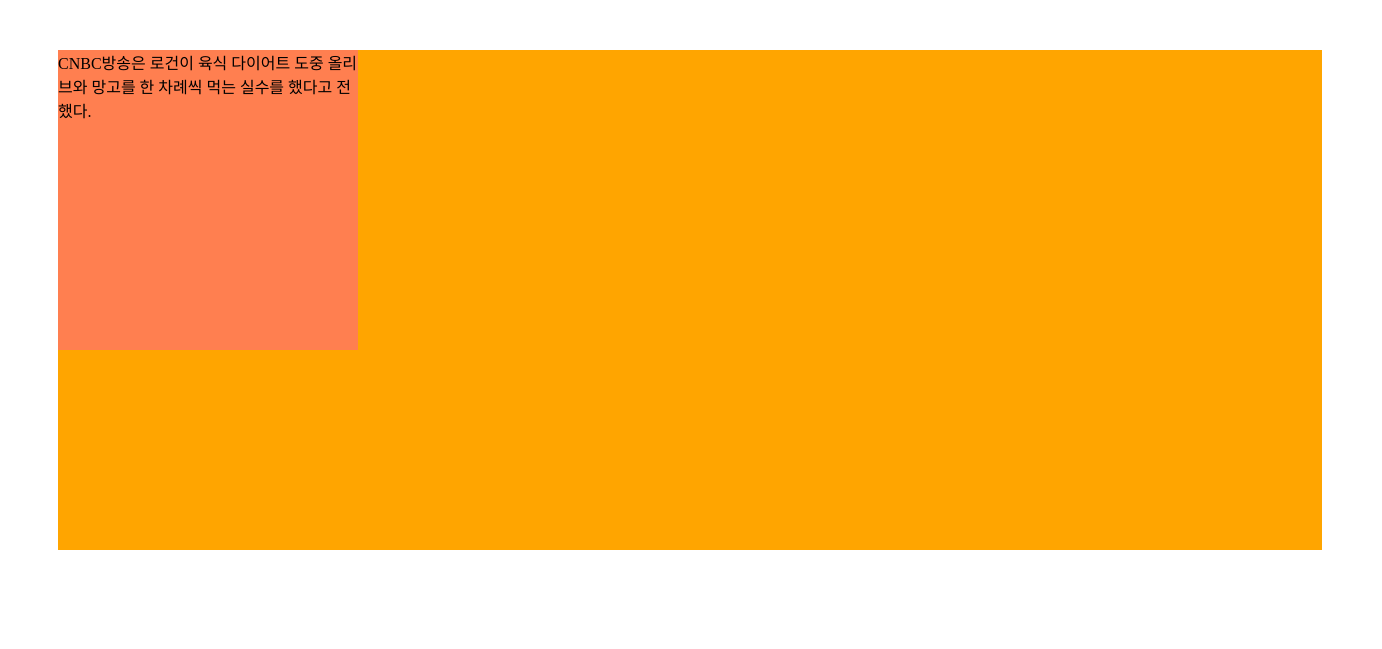
Repository: hminah0215/bitcamp
Page: http://localhost/day0217b/exam02/ex12.jsp
The author's editor kept a copy of each file at every save. The page is drawn from the files as they stood at one save, then again after the next save.
The browser window is 1280 px wide. The page is 1322 px wide, then 1382 px, so the pictures cover 1382 px, including what lies to the right of the window. The pictures show the whole page.
The page is served by Tomcat 9.

Above is the page before, as saved 2020-02-17 07:16:42.

After the next save:
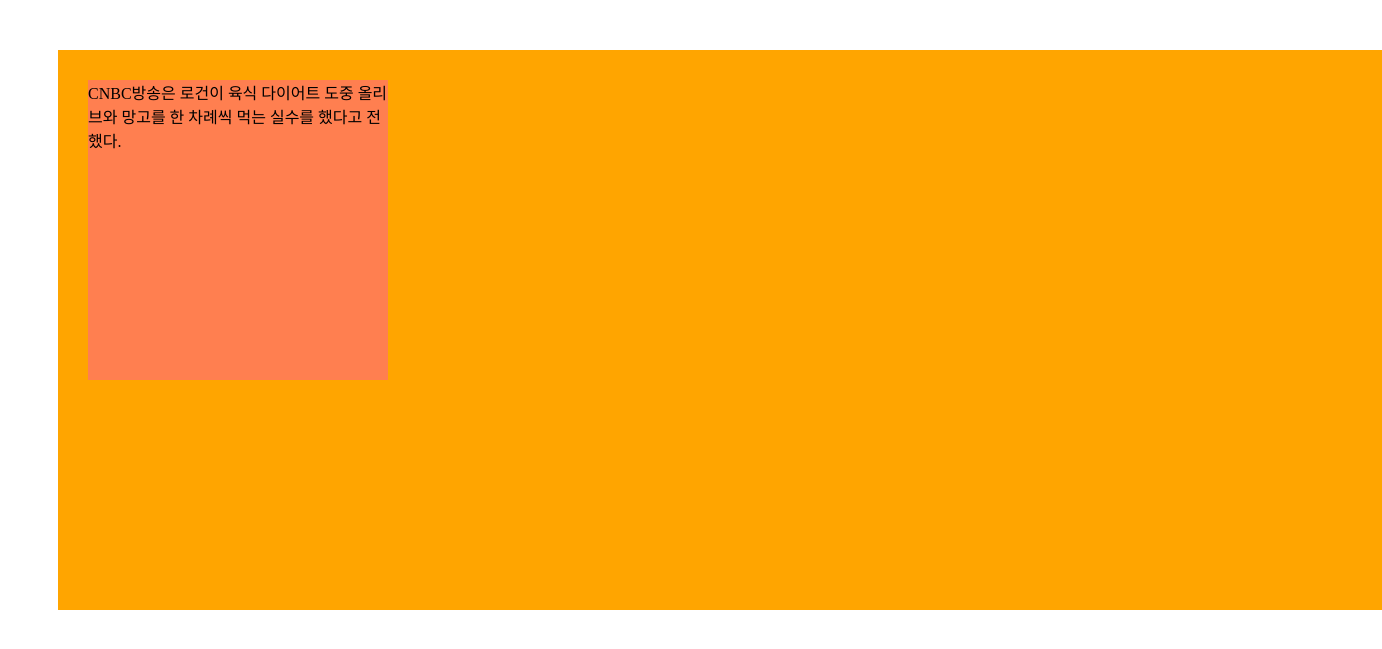
Saved 15 s later.
--- a/save_eclipse/day0217b/WebContent/exam02/ex12.jsp
+++ b/save_eclipse/day0217b/WebContent/exam02/ex12.jsp
@@ -11,7 +11,7 @@
 		height: 500px;
 		background: orange;
 		margin: 50px;
-		padding: 30ox;
+		padding: 30px;
 	}
 	#child{
 
